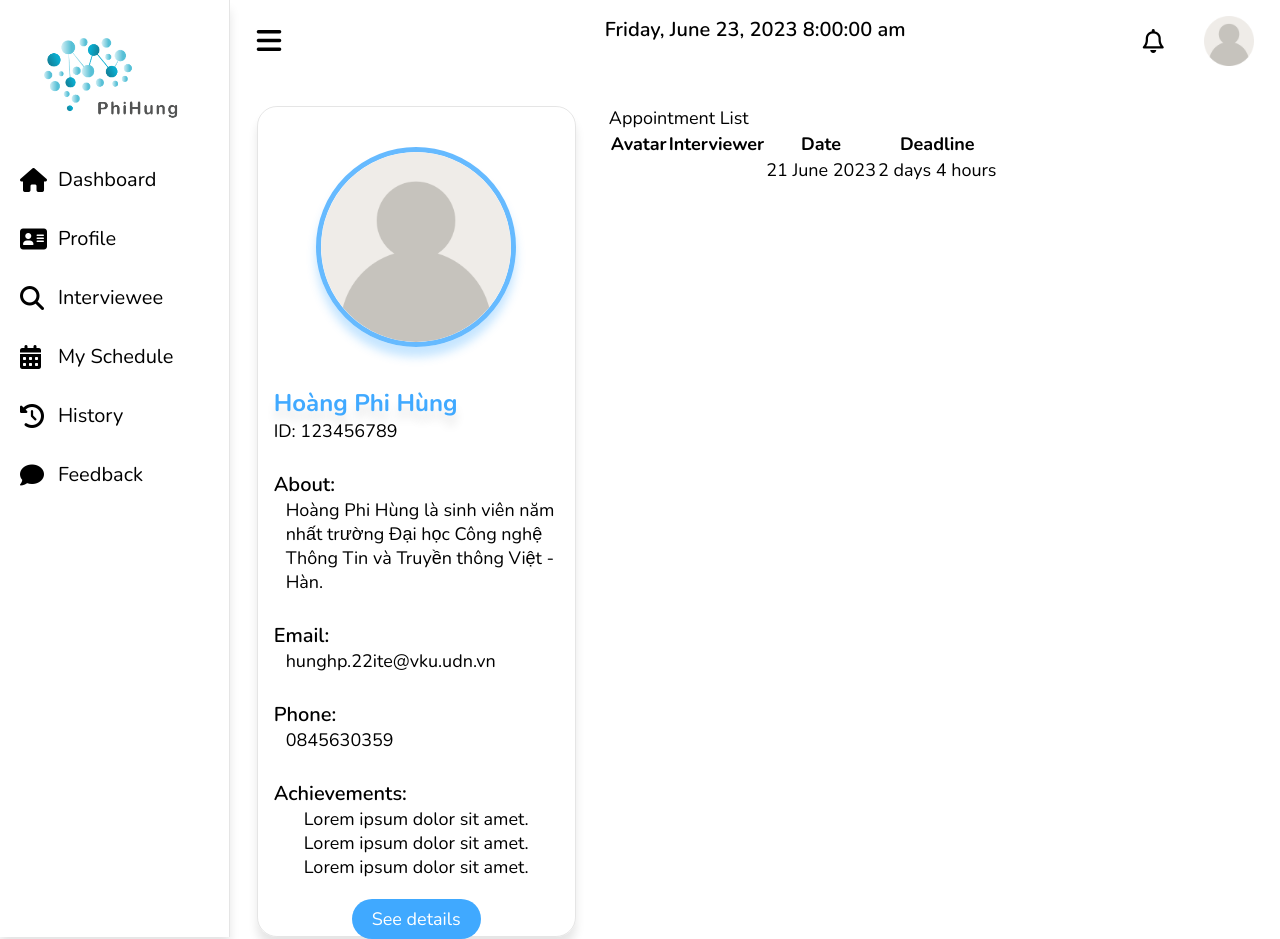
Repository: hphihungit/InterviewService
Page: interviewee.html
An editor plug-in stored every save of this project. The page is shown before and after the next save, followed by the edit.
The browser window is 1280 px wide. The pictures show the whole page.

Above is the page before, as saved 2023-06-01 00:54:43.

### interviewee.html
<!DOCTYPE html>
<html lang="en">
<head>
    <meta charset="UTF-8">
    <meta http-equiv="X-UA-Compatible" content="IE=edge">
    <meta name="viewport" content="width=device-width, initial-scale=1.0">
    <title>Document</title>
    <link rel="stylesheet" href="assets/css/grid.css">
    <link rel="stylesheet" href="assets/css/base.css">
    <link rel="stylesheet" href="https://cdnjs.cloudflare.com/ajax/libs/font-awesome/6.4.0/css/all.min.css" integrity="sha512-iecdLmaskl7CVkqkXNQ/ZH/XLlvWZOJyj7Yy7tcenmpD1ypASozpmT/E0iPtmFIB46ZmdtAc9eNBvH0H/ZpiBw==" crossorigin="anonymous" referrerpolicy="no-referrer"/>
    <link rel="preconnect" href="https://fonts.googleapis.com">
    <link rel="preconnect" href="https://fonts.gstatic.com" crossorigin>
    <link href="https://fonts.googleapis.com/css2?family=Nunito:wght@200;300;400;500;600;700;800;900;1000&display=swap" rel="stylesheet">
    <link rel="stylesheet" href="assets/css/interviewee.css">
</head>
<body>
    <div id="main">
        <div class="dashboard">
            <div class="dashboard__logo"></div>
            <ul class="dashboard__list">
                <li class="dashboard__item">
                    <a href="" class="icon__link">
                        <i class="fa-solid fa-house"></i>
                    </a>
                    <a href="" class="link">Dashboard</a>
                </li>
                <li class="dashboard__item">
                    <a href="" class="icon__link">
                        <i class="fa-solid fa-address-card"></i>
                    </a>
                    <a href="" class="link">Profile</a>
                </li>
                <li class="dashboard__item">
                    <a href="" class="icon__link">
                        <i class="fa-solid fa-magnifying-glass"></i>
                    </a>
                    <a href="" class="link">Interviewee</a>
                </li>
                <li class="dashboard__item">
                    <a href="" class="icon__link">
                        <i class="fa-solid fa-calendar-days"></i>
                    </a>
                    <a href="" class="link">My Schedule</a>
                </li>
                <li class="dashboard__item">
                    <a href="" class="icon__link">
                        <i class="fa-solid fa-clock-rotate-left"></i>
                    </a>
                    <a href="" class="link">History</a>
                </li>
                <li class="dashboard__item">
                    <a href="" class="icon__link">
                        <i class="fa-solid fa-comment"></i>
                    </a>
                    <a href="" class="link">Feedback</a>
                </li>
            </ul>
        </div>

        <div class="container">
            <div class="header">
                <div class="header__icon">
                    <label class="fa-solid fa-bars header__label"></label>
                </div>

                <div class="header__time">
                    Friday, June 23, 2023 8:00:00 am
                </div>

                <div class="header__news">
                    <label class="fa-regular fa-bell header__label--bell"></label>
                    <div class="header__avatar">
                        <img src="assets/img/user.png" alt="">
                    </div>
                </div>
            </div>

            <div class="about">
                <div class="cv">
                    <div class="cv__avatar">
                        <img src="assets/img/user.png" alt="">
                    </div>

                    <div class="cv__name">
                        <p class="cv__name--interviewee">Hoàng Phi Hùng</p>
                        <p class="cv__id">ID: 123456789</p>
                    </div>

                    <div class="cv__about">
                        <p class="cv__about--title">About: </p>
                        <p class="cv__about--content">
                            Hoàng Phi Hùng là sinh viên năm nhất trường Đại học Công nghệ Thông Tin và Truyền thông Việt - Hàn.
                        </p>
                    </div>

                    <div class="cv__email">
                        <p class="cv__email--title">Email: </p>
                        <p class="cv__email--content">hunghp.22ite@vku.udn.vn</p>
                    </div>

                    <div class="cv__phone">
                        <p class="cv__phone--title">Phone: </p>
                        <p class="cv__phone--content">0845630359</p>
                    </div>

                    <div class="cv__info">
                        <p class="cv__info--title">Achievements: </p>
                        <ul class="cv__info--list">
                            <li class="cv__info--item">Lorem ipsum dolor sit amet.</li>
                            <li class="cv__info--item">Lorem ipsum dolor sit amet.</li>
                            <li class="cv__info--item">Lorem ipsum dolor sit amet.</li>
                        </ul>
                    </div>

                    <div class="cv__all">
                        <a href="" class="btn--cv--all">See details</a>
                    </div>
                </div>

                <div class="info">
                    <div class="appointment">
                        <div class="appointment__title">
                            Appointment List
                        </div>

                        <table>
                            <thead>
                                <th>Avatar</th>
                                <th>Interviewer</th>
                                <th>Date</th>
                                <th>Deadline</th>
                            </thead>

                            <tbody>
                                <tr>
                                    <td>
                                        <img src="" alt="">
                                    </td>
                                    <td>
                                        <p class="name"></p>
                                        <p class="email"></p>
                                    </td>
                                    <td>
                                        21 June 2023
                                    </td>
                                    <td>
                                        2 days 4 hours
                                    </td>
                                </tr>
                            </tbody>
                        </table>
                    </div>
                </div>
            </div>
        </div>
    </div>
</body>
</html>

### assets/css/grid.css
.grid {
    width: 90%;
    display: block;
    padding: 0;
    margin: 0 auto;
}

.row {
    display: flex;
    flex-wrap: wrap;
    margin-left: -4px;
    margin-right: -4px;
}

.row.no-gutters {
    margin-left: 0;
    margin-right: 0;
}

.col {
    padding-left: 4px;
    padding-right: 4px;
}

.row.no-gutters .col {
    padding-left: 0;
    padding-right: 0;
}

.c-0 {
    display: none;
}

.c-1 {
    flex: 0 0 8.33333%;
    max-width: 8.33333%;
}

.c-2 {
    flex: 0 0 16.66667%;
    max-width: 16.66667%;
}

.c-3 {
    flex: 0 0 25%;
    max-width: 25%;
}

.c-4 {
    flex: 0 0 33.33333%;
    max-width: 33.33333%;
}

.c-5 {
    flex: 0 0 41.66667%;
    max-width: 41.66667%;
}

.c-6 {
    flex: 0 0 50%;
    max-width: 50%;
}

.c-7 {
    flex: 0 0 58.33333%;
    max-width: 58.33333%;
}

.c-8 {
    flex: 0 0 66.66667%;
    max-width: 66.66667%;
}

.c-9 {
    flex: 0 0 75%;
    max-width: 75%;
}

.c-10 {
    flex: 0 0 83.33333%;
    max-width: 83.33333%;
}

.c-11 {
    flex: 0 0 91.66667%;
    max-width: 91.66667%;
}

.c-12 {
    flex: 0 0 100%;
    max-width: 100%;
}

.c-o-1 {
    margin-left: 8.33333%;
}

.c-o-2 {
    margin-left: 16.66667%;
}

.c-o-3 {
    margin-left: 25%;
}

.c-o-4 {
    margin-left: 33.33333%;
}

.c-o-5 {
    margin-left: 41.66667%;
}

.c-o-6 {
    margin-left: 50%;
}

.c-o-7 {
    margin-left: 58.33333%;
}

.c-o-8 {
    margin-left: 66.66667%;
}

.c-o-9 {
    margin-left: 75%;
}

.c-o-10 {
    margin-left: 83.33333%;
}

.c-o-11 {
    margin-left: 91.66667%;
}

/* >= Tablet */
@media (min-width: 740px) {
    .row {
        margin-left: -8px;
        margin-right: -8px;
    }

    .col {
        padding-left: 8px;
        padding-right: 8px;
    }

    .m-0 {
        display: none;
    }

    .m-1,
    .m-2,
    .m-3,
    .m-4,
    .m-5,
    .m-6,
    .m-7,
    .m-8,
    .m-9,
    .m-10,
    .m-11,
    .m-12 {
        display: block;
    }

    .m-1 {
        flex: 0 0 8.33333%;
        max-width: 8.33333%;
    }

    .m-2 {
        flex: 0 0 16.66667%;
        max-width: 16.66667%;
    }

    .m-3 {
        flex: 0 0 25%;
        max-width: 25%;
    }

    .m-4 {
        flex: 0 0 33.33333%;
        max-width: 33.33333%;
    }

    .m-5 {
        flex: 0 0 41.66667%;
        max-width: 41.66667%;
    }

    .m-6 {
        flex: 0 0 50%;
        max-width: 50%;
    }

    .m-7 {
        flex: 0 0 58.33333%;
        max-width: 58.33333%;
    }

    .m-8 {
        flex: 0 0 66.66667%;
        max-width: 66.66667%;
    }

    .m-9 {
        flex: 0 0 75%;
        max-width: 75%;
    }

    .m-10 {
        flex: 0 0 83.33333%;
        max-width: 83.33333%;
    }

    .m-11 {
        flex: 0 0 91.66667%;
        max-width: 91.66667%;
    }

    .m-12 {
        flex: 0 0 100%;
        max-width: 100%;
    }

    .m-o-1 {
        margin-left: 8.33333%;
    }

    .m-o-2 {
        margin-left: 16.66667%;
    }

    .m-o-3 {
        margin-left: 25%;
    }

    .m-o-4 {
        margin-left: 33.33333%;
    }

    .m-o-5 {
        margin-left: 41.66667%;
    }

    .m-o-6 {
        margin-left: 50%;
    }

    .m-o-7 {
        margin-left: 58.33333%;
    }

    .m-o-8 {
        margin-left: 66.66667%;
    }

    .m-o-9 {
        margin-left: 75%;
    }

    .m-o-10 {
        margin-left: 83.33333%;
    }

    .m-o-11 {
        margin-left: 91.66667%;
    }
}

/* PC medium resolution > */
@media (min-width: 1113px) {
    .row {
        margin-left: -12px;
        margin-right: -12px;
    }

    .row.sm-gutter {
        margin-left: -5px;
        margin-right: -5px;
    }

    .col {
        padding-left: 12px;
        padding-right: 12px;
    }

    .row.sm-gutter .col {
        padding-left: 5px;
        padding-right: 5px;
    }

    .l-0 {
        display: none;
    }

    .l-1,
    .l-2,
    .l-2-4,
    .l-3,
    .l-4,
    .l-5,
    .l-6,
    .l-7,
    .l-8,
    .l-9,
    .l-10,
    .l-11,
    .l-12 {
        display: block;
    }

    .l-1 {
        flex: 0 0 8.33333%;
        max-width: 8.33333%;
    }

    .l-2 {
        flex: 0 0 16.66667%;
        max-width: 16.66667%;
    }

    .l-2-4 {
        flex: 0 0 20%;
        max-width: 20%;
    }

    .l-3 {
        flex: 0 0 25%;
        max-width: 25%;
    }

    .l-4 {
        flex: 0 0 33.33333%;
        max-width: 33.33333%;
    }

    .l-5 {
        flex: 0 0 41.66667%;
        max-width: 41.66667%;
    }

    .l-6 {
        flex: 0 0 50%;
        max-width: 50%;
    }

    .l-7 {
        flex: 0 0 58.33333%;
        max-width: 58.33333%;
    }

    .l-8 {
        flex: 0 0 66.66667%;
        max-width: 66.66667%;
    }

    .l-9 {
        flex: 0 0 75%;
        max-width: 75%;
    }

    .l-10 {
        flex: 0 0 83.33333%;
        max-width: 83.33333%;
    }

    .l-11 {
        flex: 0 0 91.66667%;
        max-width: 91.66667%;
    }

    .l-12 {
        flex: 0 0 100%;
        max-width: 100%;
    }

    .l-o-1 {
        margin-left: 8.33333%;
    }

    .l-o-2 {
        margin-left: 16.66667%;
    }

    .l-o-3 {
        margin-left: 25%;
    }

    .l-o-4 {
        margin-left: 33.33333%;
    }

    .l-o-5 {
        margin-left: 41.66667%;
    }

    .l-o-6 {
        margin-left: 50%;
    }

    .l-o-7 {
        margin-left: 58.33333%;
    }

    .l-o-8 {
        margin-left: 66.66667%;
    }

    .l-o-9 {
        margin-left: 75%;
    }

    .l-o-10 {
        margin-left: 83.33333%;
    }

    .l-o-11 {
        margin-left: 91.66667%;
    }
}

/* Tablet - PC low resolution */
@media (min-width: 740px) and (max-width: 1023px) {
    .wide {
        width: 644px;
    }
}

/* > PC low resolution */
@media (min-width: 1024px) and (max-width: 1239px) {
    .wide {
        width: 984px;
    }

    .wide .row {
        margin-left: -12px;
        margin-right: -12px;
    }

    .wide .row.sm-gutter {
        margin-left: -5px;
        margin-right: -5px;
    }

    .wide .col {
        padding-left: 12px;
        padding-right: 12px;
    }

    .wide .row.sm-gutter .col {
        padding-left: 5px;
        padding-right: 5px;
    }

    .wide .l-0 {
        display: none;
    }

    .wide .l-1,
    .wide .l-2,
    .wide .l-2-4,
    .wide .l-3,
    .wide .l-4,
    .wide .l-5,
    .wide .l-6,
    .wide .l-7,
    .wide .l-8,
    .wide .l-9,
    .wide .l-10,
    .wide .l-11,
    .wide .l-12 {
        display: block;
    }

    .wide .l-1 {
        flex: 0 0 8.33333%;
        max-width: 8.33333%;
    }

    .wide .l-2 {
        flex: 0 0 16.66667%;
        max-width: 16.66667%;
    }

    .wide .l-2-4 {
        flex: 0 0 20%;
        max-width: 20%;
    }

    .wide .l-3 {
        flex: 0 0 25%;
        max-width: 25%;
    }

    .wide .l-4 {
        flex: 0 0 33.33333%;
        max-width: 33.33333%;
    }

    .wide .l-5 {
        flex: 0 0 41.66667%;
        max-width: 41.66667%;
    }

    .wide .l-6 {
        flex: 0 0 50%;
        max-width: 50%;
    }

    .wide .l-7 {
        flex: 0 0 58.33333%;
        max-width: 58.33333%;
    }

    .wide .l-8 {
        flex: 0 0 66.66667%;
        max-width: 66.66667%;
    }

    .wide .l-9 {
        flex: 0 0 75%;
        max-width: 75%;
    }

    .wide .l-10 {
        flex: 0 0 83.33333%;
        max-width: 83.33333%;
    }

    .wide .l-11 {
        flex: 0 0 91.66667%;
        max-width: 91.66667%;
    }

    .wide .l-12 {
        flex: 0 0 100%;
        max-width: 100%;
    }

    .wide .l-o-1 {
        margin-left: 8.33333%;
    }

    .wide .l-o-2 {
        margin-left: 16.66667%;
    }

    .wide .l-o-3 {
        margin-left: 25%;
    }

    .wide .l-o-4 {
        margin-left: 33.33333%;
    }

    .wide .l-o-5 {
        margin-left: 41.66667%;
    }

    .wide .l-o-6 {
        margin-left: 50%;
    }

    .wide .l-o-7 {
        margin-left: 58.33333%;
    }

    .wide .l-o-8 {
        margin-left: 66.66667%;
    }

    .wide .l-o-9 {
        margin-left: 75%;
    }

    .wide .l-o-10 {
        margin-left: 83.33333%;
    }

    .wide .l-o-11 {
        margin-left: 91.66667%;
    }
}

### assets/css/base.css
:root {
    --white-color: #fff;
    --black-color: #000;
    --blue-color : #40a9ff;
    --text-color: #8f8f8f;
    --scale: 1px;
}

* {
    padding: 0;
    margin: 0;
    box-sizing: border-box;
    text-decoration: none;
    list-style-type: none;
}

html, body {
    font-size: 18px;
    font-family: 'Nunito', sans-serif;
    scroll-behavior: smooth;
}

### assets/css/interviewee.css
#main {
    width: 100%;
    display: flex;
}

.dashboard {
    width: 18%;
    min-height: 0;
    border-right: 1px solid rgba(0, 0, 0, 0.1);
    box-shadow: 0 10px 10px rgba(0, 0, 0, 0.1);
}

.dashboard__logo {
    width: 100%;
    height: 150px;
    background-image: url('../img/logo.png');
    background-repeat: no-repeat;
    background-size: 50%;
    background-size: 62%;
    background-position: 50% 85%;
}

.dashboard__list {
    width: 100%;
}

.dashboard__item {
    border-radius: 25px 0 0 25px;
    display: flex;
    width: 100%;
    padding: 0px 20px;
}

.dashboard__item:hover {
    background-color: var(--blue-color);
}

.dashboard__item:hover .link,
.dashboard__item:hover .icon__link {
    color: #fff;
}

.icon__link {
    display: flex;
    align-items: center;
    width: 20%;
    font-size: 24px;
    color: #000;
}

.link {
    display: inline-block;
    width: 80%;
    font-size: 20px;
    padding: 16px 0px;
    color: #000;
}

.container {
    width: 82%;
}

.header {
    width: 95%;
    margin: 0 auto;
    display: flex;
    justify-content: space-between;
    margin-top: 16px;
}

.header__icon {
    width: 32%;
    display: flex;
    justify-content: space-between;
    align-items: center;
}

.header__label {
    font-size: 28px;
}

.header__time {
    width: 32%;
    text-align: center;
    font-size: 20px;
    font-weight: 600;
}

.header__news {
    width: 32%;
    display: flex;
    justify-content: flex-end;
    align-items: center;
}

.header__label--bell {
    font-size: 24px;
    position: relative;
    padding-right: 40px;
}

.header__avatar {
    display: flex;
    justify-content: flex-end;
    align-items: center;
}

.header__avatar img {
    width: 50px;
    height: 50px;
}

.about {
    display: flex;
    justify-content: space-between;
    width: 95%;
    margin: 0 auto;
    margin-top: 40px;
}

.cv {
    width: 32%;
    max-height: 831px;
    border: 1px solid rgba(0, 0, 0, 0.1);
    border-radius: 20px;
    box-shadow: 0 10px 10px rgba(0, 0, 0, 0.1);
    padding: 0px 16px;
}

.cv__avatar {
    width: 100%;
    display: flex;
    justify-content: center;
    align-items: center;
    padding: 20px 0px;
    padding-top: 40px;
}

.cv__avatar img {
    width: 200px;
    height: 200px;
    border: 5px solid rgba(64, 169, 255, 0.8);
    border-radius: 50%;
    box-shadow: 0 10px 10px rgba(64, 169, 255, 0.3);;
}

.cv__name,
.cv__about,
.cv__email,
.cv__phone,
.cv__info {
    width: 100%;
    margin-top: 20px;
    margin-bottom: 28px;
}

.cv__name--interviewee {
    font-size: 24px;
    font-weight: 700;
    text-shadow: 0 10px 10px rgba(0, 0, 0, 0.1);
    color: var(--blue-color);
}

.cv__about--title,
.cv__email--title,
.cv__phone--title,
.cv__info--title {
    font-size: 20px;
    font-weight: 600;
}

.cv__about--content,
.cv__email--content,
.cv__phone--content {
    padding-left: 12px;
}

.cv__info--item {
    text-align: center;
}

.cv__all {
    width: 90%;
    margin: 0 auto;
    margin-bottom: 20px;
    text-align: center;
}

.btn--cv--all {
    padding: 8px 20px;
    border-radius: 20px;
    background-color: var(--blue-color);
    color: #fff;
}

.btn--cv--all:hover {
    opacity: 0.8;
}

.info {
    width: 66%;
}

.appointment {
    width: 96%;
    margin: 0 auto;
}

After the next save:
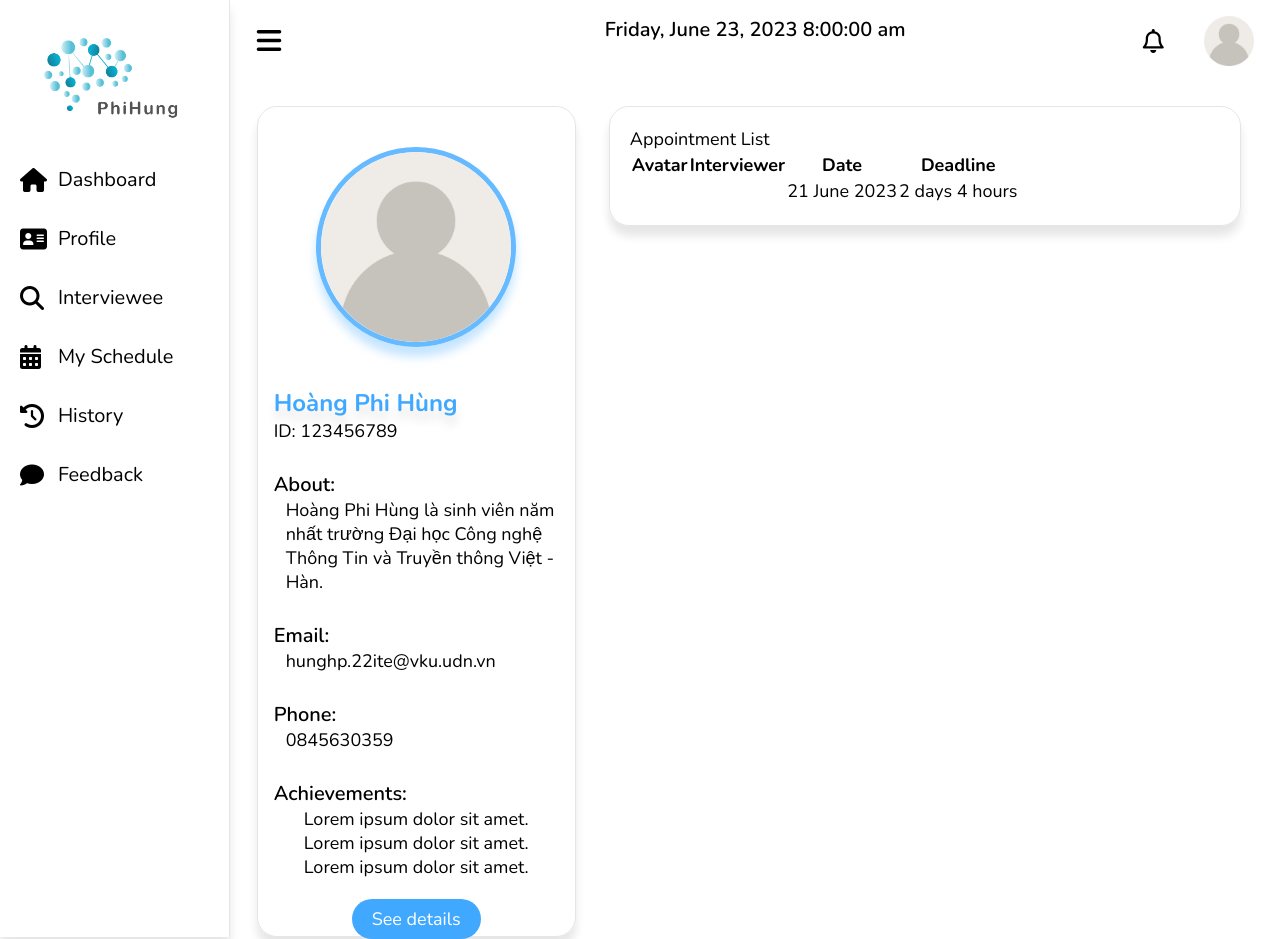
Saved 36 s later.
--- a/assets/css/interviewee.css
+++ b/assets/css/interviewee.css
@@ -204,4 +204,8 @@
 .appointment {
     width: 96%;
     margin: 0 auto;
-}
+    border: 1px solid rgba(0, 0, 0, 0.1);
+    box-shadow: 0 10px 10px rgba(0, 0, 0, 0.1);
+    border-radius: 20px;
+    padding: 20px;
+}
